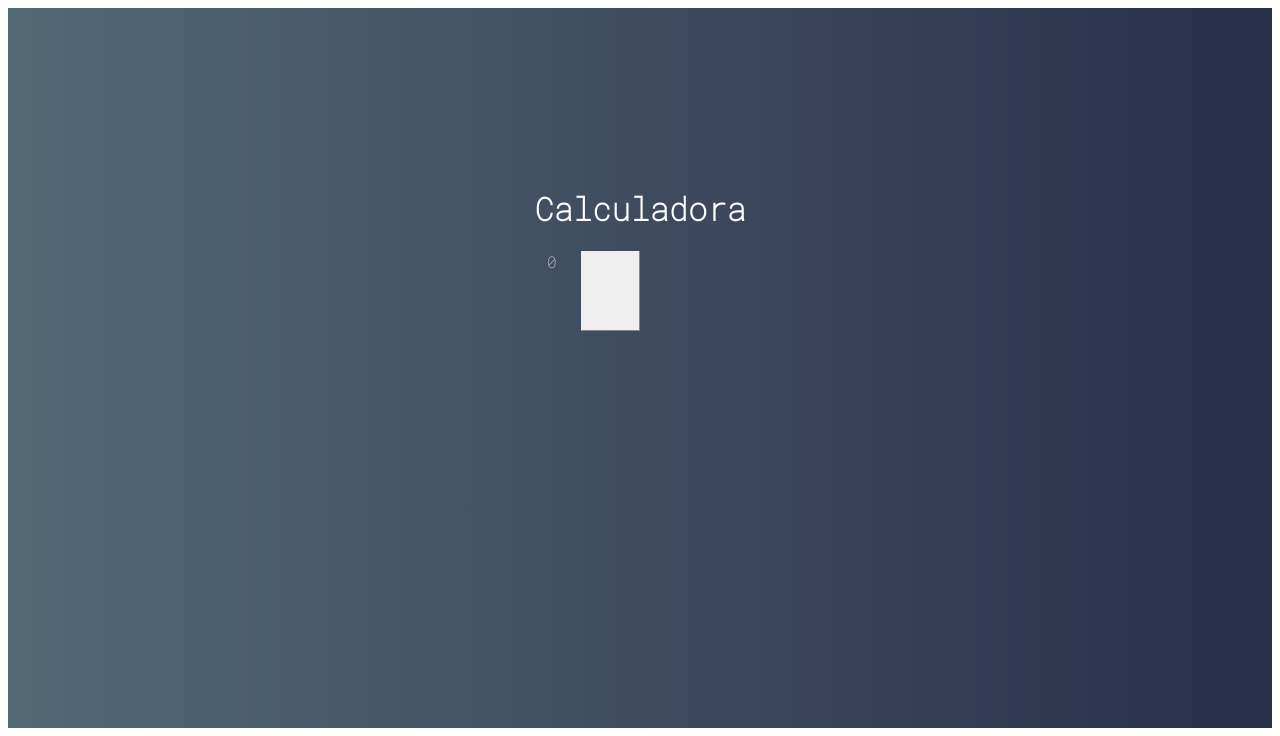
Repository: wgpena/calculadoraVue
Page: /
An editor plug-in stored every save of this project. The page is shown before and after the next save, followed by the edit.
The browser window is 1280 px wide. The pictures show the whole page.
The project was rebuilt for these pictures with package versions that can differ from the ones it lists, and the page was loaded fresh each time.

Above is the page before, as saved 2019-04-11 13:44:52.

After the next save:
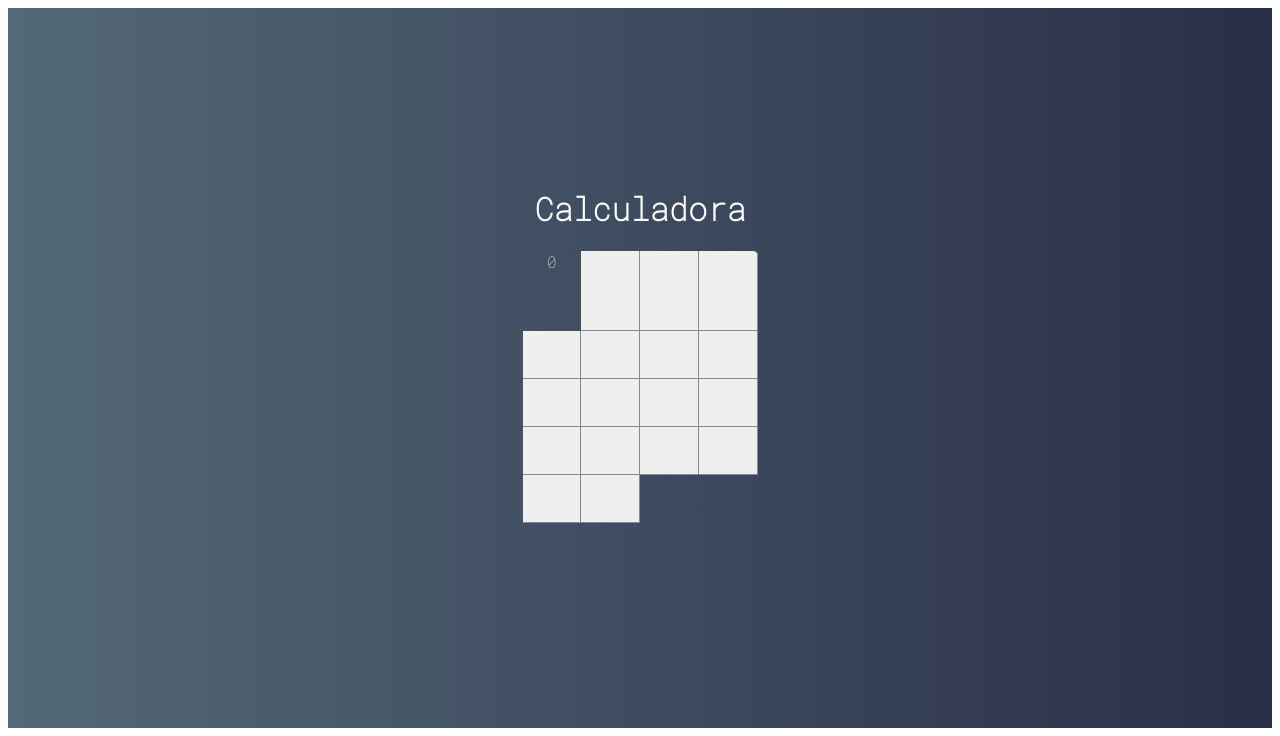
Saved 24 s later.
--- a/src/main/Calculator.vue
+++ b/src/main/Calculator.vue
@@ -1,6 +1,22 @@
 <template>
     <div class="calculator">
         <Display />
+        <Button label="" />
+        <Button label="" />
+        <Button label="" />
+        <Button label="" />
+        <Button label="" />
+        <Button label="" />
+        <Button label="" />
+        <Button label="" />
+        <Button label="" />
+        <Button label="" />
+        <Button label="" />
+        <Button label="" />
+        <Button label="" />
+        <Button label="" />
+        <Button label="" />
+        <Button label="" />
         <Button label="" />
     </div>
 </template>
